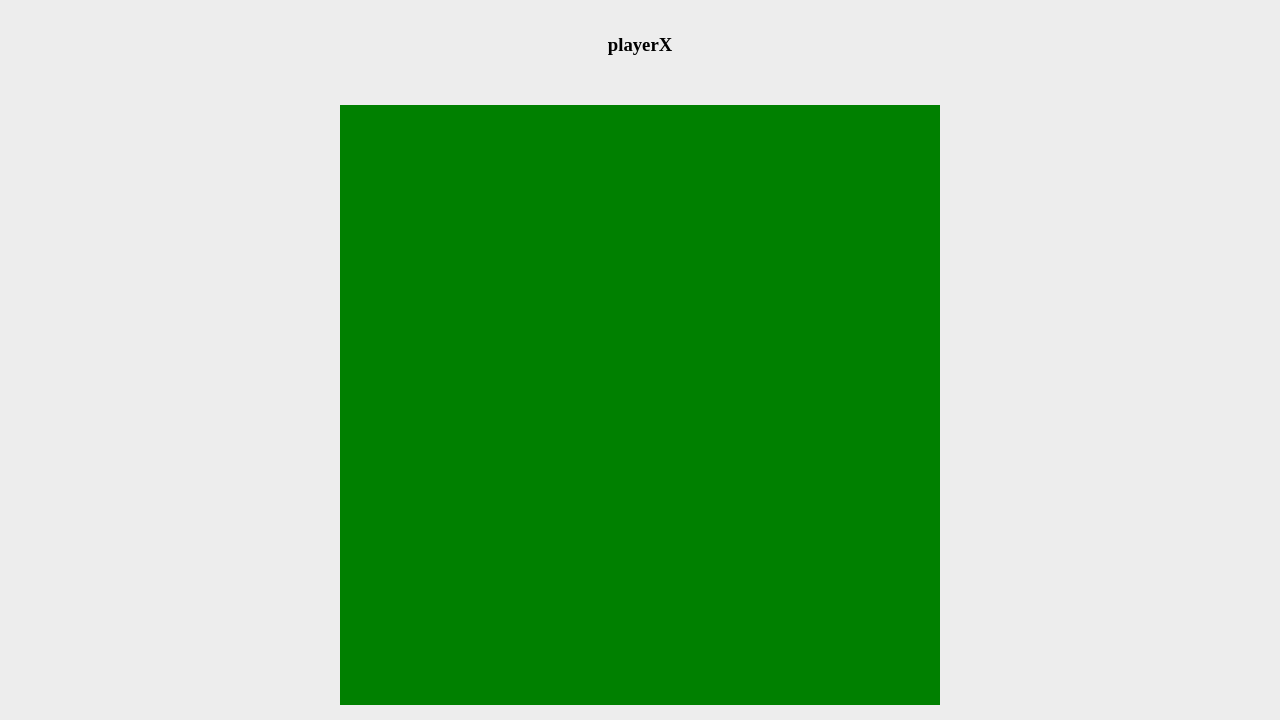
Repository: Hcmwebs/jsInbuiltMethod
Page: tic-tac-toe/index.html
These files come from the project's save history. The page is drawn as it stood at one moment and after the next save; the edit follows.
The browser window is 1280 px wide. The pictures show the whole page.
After loading, the first visible `.grid > div` was clicked once.

Above is the page before, as saved 2020-11-20 16:41:56.

### tic-tac-toe/index.html
<!DOCTYPE html>
<html lang="en">
  <head>
    <meta charset="UTF-8" />
    <meta name="viewport" content="width=device-width, initial-scale=1.0" />
    <title>Tic Tac Toe</title>
    <link rel="stylesheet" href="style.css" />
    <script src="app.js" defer charset="utf-8"></script>
  </head>

  <h3 id="player">playerX</h3>
  <body>
    <div class="grid">
      <div></div>
      <div></div>
      <div></div>
      <div></div>
      <div></div>
      <div></div>
      <div></div>
      <div></div>
      <div></div>
    </div>
  </body>
</html>

### tic-tac-toe/style.css

body{
  width: 100%;
  height: 100vh;
  margin: 0;
  padding: 0;
  box-sizing: border-box;
  display: grid;
  place-items: center;
  background-color: #ededed;
}


.grid{
  width: 600px;
  height: 600px;
  display: flex;
  flex-wrap: wrap;
}



.grid div{
  width: 200px;
  height: 200px;
  background-color: green;
}

.playerX{
background: url('img/X.png') no-repeat center center cover;
}
.playerO {
  background: url('img/O.png') no-repeat center center cover;

}

### tic-tac-toe/app.js
document.addEventListener('DOMContentLoaded', () => {

  const squares = document.querySelectorAll('.grid div');
  const playerDisplay = document.querySelector('#player');
  let currentPlayer = 'playerX'

  squares.forEach(square =>{
    square.addEventListener('click', doThis)
  })

  function doThis(e){
    const squareArr = Array.from(squares);
    const index = squareArr.indexOf(e.target);
    playerDisplay.innerHTML = currentPlayer;

    if(currentPlayer === 'playerX'){
      squares[index].classList.add('playerX');
      currentPlayer = 'playerO'
    }
    else{
      squares[index].classList.add('playerO')
      currentPlayer = 'playerX'
    }
  }
})

After the next save:
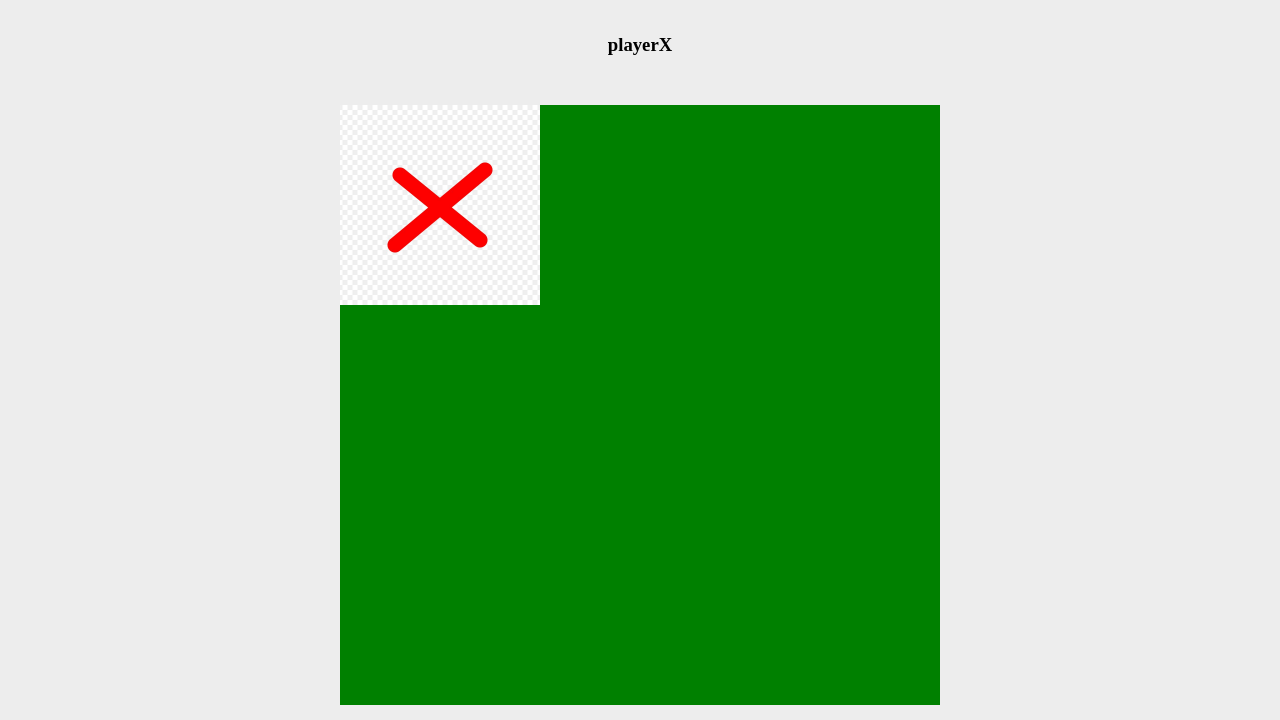
Saved 2 min 16 s later.
--- a/tic-tac-toe/style.css
+++ b/tic-tac-toe/style.css
@@ -27,7 +27,10 @@ body{
 }
 
 .playerX{
-background: url('img/X.png') no-repeat center center cover;
+background-image: url('img/X.png');
+background-repeat: no-repeat;
+background-size: cover;
+background-position: center center;
 }
 .playerO {
   background: url('img/O.png') no-repeat center center cover;
